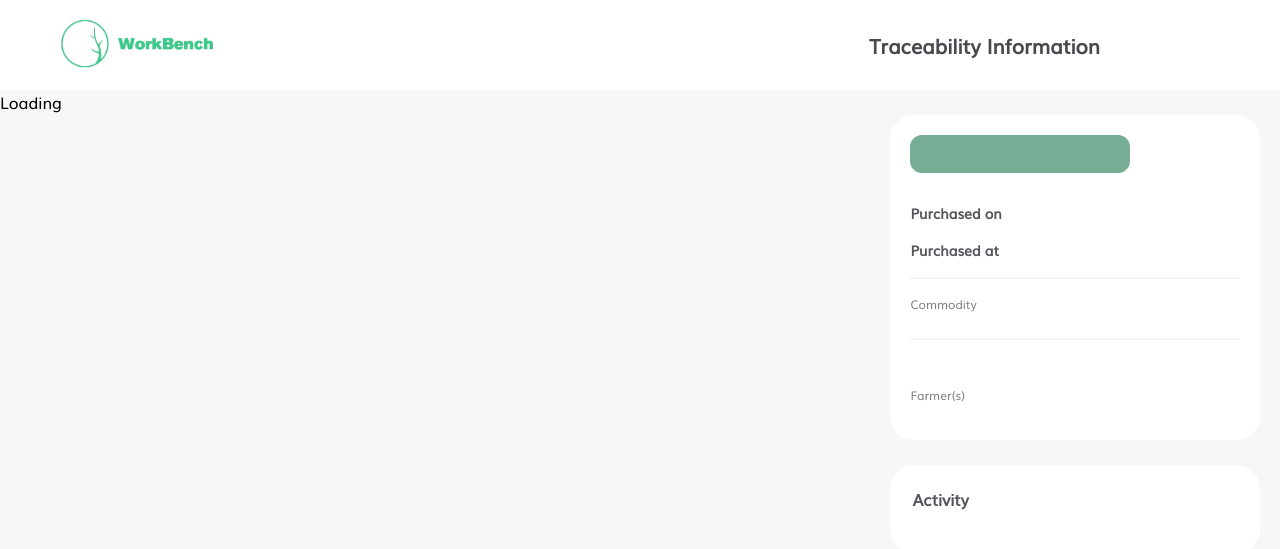
Repository: Hamezry/Traceability-Page
Page: /
The author's editor kept a copy of each file at every save. The page is drawn from the files as they stood at one save, then again after the next save.
The browser window is 1280 px wide. The pictures show the whole page.
The page's requests for data from a server got no answer. The project was rebuilt for these pictures with package versions that can differ from the ones it lists, and the page was loaded fresh each time. No one was signed in, and anything a server would have sent is missing.

Above is the page before, as saved 2022-09-18 08:39:41.

### public/index.html
<!DOCTYPE html>
<html lang="en">
  <head>
    <meta charset="utf-8" />
    <meta name="viewport" content="width=device-width, initial-scale=1" />
    <meta name="theme-color" content="#000000" />
    <meta
      name="description"
      content="Web site created using create-react-app"
    />
    <link rel="preconnect" href="https://fonts.googleapis.com">
    <link rel="preconnect" href="https://fonts.gstatic.com" crossorigin>
    <!-- <link href="https://fonts.googleapis.com/css2?family=Mulish:wght@300;400;600&display=swap" rel="stylesheet"> -->
    <title>Traceability page</title>
  </head>
  <body>
    <noscript>You need to enable JavaScript to run this app.</noscript>
    <div id="root"></div>

  </body>
</html>

### src/index.css
@tailwind base;
@tailwind components;
@tailwind utilities;

@font-face {
    font-family: 'Muli';
    src: local('Muli'), url("./fonts/Muli-Regular.ttf") format("truetype");
}


@font-face {
    font-family: 'Muli';
    src: url('./fonts/Muli-Regular.ttf') format("truetype");
}

body {
    font-family: 'Muli' !important;
}

### src/App.js
import './index.css';
import Navbar from './components/Navbar';
import Information from './components/Information';
import Sidemap from './components/Sidemap';
import { BrowserRouter, Route, Routes } from 'react-router-dom';

function App() {
  return (
    <BrowserRouter>

      <Routes>

          <Route path='/' element={
            <div>
              <Navbar />
              <div className="lg:flex lg:justify-between w-full  lg:h-[calc(100vh-90px)] lg:overflow-y-hidden bg-[#f8f7f7]">
                <Sidemap />
                <Information />
              </div>

            </div>

          } />

      </Routes>
    </BrowserRouter>
  );
}

export default App;

### src/components/Navbar.js
import React from 'react'
import logo from '../Assets/logo.svg'

const Navbar = () => {
  return (
    <div className='w-full flex justify-center h-[90px] bg-white sticky font-muli  z-30  top-0 lg:items-center lg:justify-between '>

        <img src= {logo} alt='nav-icon' className='h-[80px] w-[188px] lg:ml-[50px]'/>
        <p className='hidden lg:block mr-[230px] xl:mr-[180px] 2xl:mr-[320px] text-[#47494E] font-semibold  text-[20px]'>Traceability Information</p>

    </div>
  )
}

export default Navbar

### src/components/Information.js
import React, { useEffect, useState } from 'react'
import image1 from '../Assets/image-2.png'
import purchased from '../Assets/purchase.svg'
import axios from 'axios'
import { useLocation } from 'react-router-dom'



function Information() {

    const [list, setList] = useState([])
    const search = useLocation().search;
    const qr_code = new URLSearchParams(search).get('qr_code')

    useEffect(() => {
        axios.get(`https://wb3test.afexnigeria.com/WB3/api/v1/traceability/info/${qr_code}`)
            .then(res => {
                setList(res.data.data)
                console.log(res.data)
            }).catch(err => {
                console.log(err)
            })
    }, [qr_code])


    return (
        <div className='lg:h-full  lg:w-[32%] font-muli lg:overflow-y-auto'>

            <div id="TQC" className=" z-10  top-0 flex lg:flex  flex-col px-[20px]">

                <div className="flex-1 flex bg-white lg:w-[100%] lg:mx-auto lg:mt-[25px] flex-col h-[556px] p-[20px] rounded-3xl">

                    {/*TQC */}
                    <div className='mb-4 border-b-2 border-b-gray-100 '>
                        <div className='bg-[#76AD94] text-white text-center py-2 font-semibold text-[16px] max-w-[220px] h-[38px] mb-[30px] rounded-xl'> <p>{list.qr_code}</p></div>
                        <p className='text-[#54565B] text-[14px] mb-4 font-semibold'>Purchased on <span className='font-normal'>{list.purchased_on}</span></p>
                        <p className=' text-[#54565B] text-[14px] mb-4 font-semibold'>Purchased at <span className='font-normal'>{list.purchased_at}</span></p>

                    </div>

                    <div className='mb-4 border-b-2  border-b-gray-100 '>
                        <p className='text-[#7C827D] text-[12px] mb-[25px] '>Commodity</p>
                        <p className='text-[#47494E] text-[14px] mb-4 font-medium '>{list.commodity}</p>

                    </div>

                    <div className='mt-[30px] mb-4'>

                        <p className='text-[#7C827D] text-[12px]'>Farmer(s)</p>

                        {
                            list?.farmers?.map((item, index) => {
                                return (
                                    <div key={index} className='w-[232px] h-[71px] shadow p-3 flex items-center mt-[20px] rounded-xl'>
                                        <img src={image1} alt='profilepic' />
                                        <p className='text-[#47494E] text-[16px] ml-5  font-medium '>{item.first_name} {item.last_name}<br /> <span className='text-[#707673] text-[12px]'>{item.age} years &nbsp; | &nbsp;  {item.gender}</span></p>
                                    </div>
                                )
                            })
                        }



                    </div>


                </div>



            </div>




            <div id="Activity" className=" top-0 flex lg:flex flex-shrink-0 flex-col px-[20px]">

                <div className="flex-1 flex bg-white lg:w-[100%] lg:mx-auto mt-[25px] mb-5 flex-col  h-[900px] p-[22px] rounded-3xl ">

                    <p className='text-[#54565B] mb-5 font-semibold text-[16px]'>Activity</p>

                    {list?.activities?.map((item, index) =>

                        <div key={index} className='flex 2xl:justify-between stroke-amber-50 text-[#7C827D] 2xl:px-5 lg:px-0 text-[11px]'>

                            <div className='flex gap-2 xl:gap-2 md:gap-8'>

                                <div className='flex flex-col items-center'>
                                    <img src={purchased} alt='recp' />
                                    <div className='border border-dotted border-[#7C827D] min-h-[100px] max-h-[120px] w-[1px]'></div>

                                </div>
                                <div className='flex flex-col lg:w-[180px] md:w-[270px] w-[130px]' >
                                    <p className='font-semibold mt-2 lg:text-[13px]'>{item.action} </p>
                                    <span className='text-[#7C827D] text-[9px] mt-2 lg:text-[11px]'>{item.description}</span>
                                </div>



                            </div>
                            <p className='text-[#76AD94] text-[9px] mt-2 xl:text-[10px]'> <span>{item.created}</span> </p>

                        </div>
                    )}






                </div>





            </div>


        </div>);
}

export default Information

### src/components/Sidemap.js
import React from 'react'
import {useJsApiLoader, GoogleMap, Marker} from '@react-google-maps/api';

const center = {lat:48.8584, lng:2.294}

function Sidemap() {

  const { isLoaded } = useJsApiLoader({
    googleMapsApiKey:process.env.REACT_APP_GOOGLE_MAPS_API_KEY,
  });

  if (!isLoaded){
    return <h1>Loading</h1>
  }
  return (

    <div class= "h-[600px] w-full lg:h-[calc(100vh-90px)] lg:w-[68%]">

      <div className='hidden lg:block p-4 lg:p-0 lg:w-full h-[100%]'>
          <GoogleMap
          mapContainerStyle={{width:'100%', height:'100%'}}
          center={center} zoom={15}
          options={{
            zoomControl:false,
            streetViewControl:false,
            mapTypeControl:false,
            fullscreenControl:false,
          }}
          >
            <Marker position={center}/>

          </GoogleMap>
      </div>

      <div className='lg:hidden p-4 lg:p-0 lg:w-full h-[100%]'>
          <GoogleMap
          mapContainerStyle={{width:'100%', height:'100%', borderRadius:'50px'}}
          center={center} zoom={15}
          options={{
            zoomControl:false,
            streetViewControl:false,
            mapTypeControl:false,
            fullscreenControl:false,
          }}
          >
            <Marker position={center}/>

          </GoogleMap>
      </div>


    </div>

  )
}

export default Sidemap

### tailwind.config.js

/** @type {import('tailwindcss').Config} */
module.exports = {
  content: [
    "./src/**/*.{js,jsx,ts,tsx}",
  ],
  theme: {
    extend: {
      fontFamily:{
        'Muli':['Muli', 'san-serif']
      }
    },
  },
  plugins: [],
}

Loaded but not shown: src/index.js (common file)

After the next save:
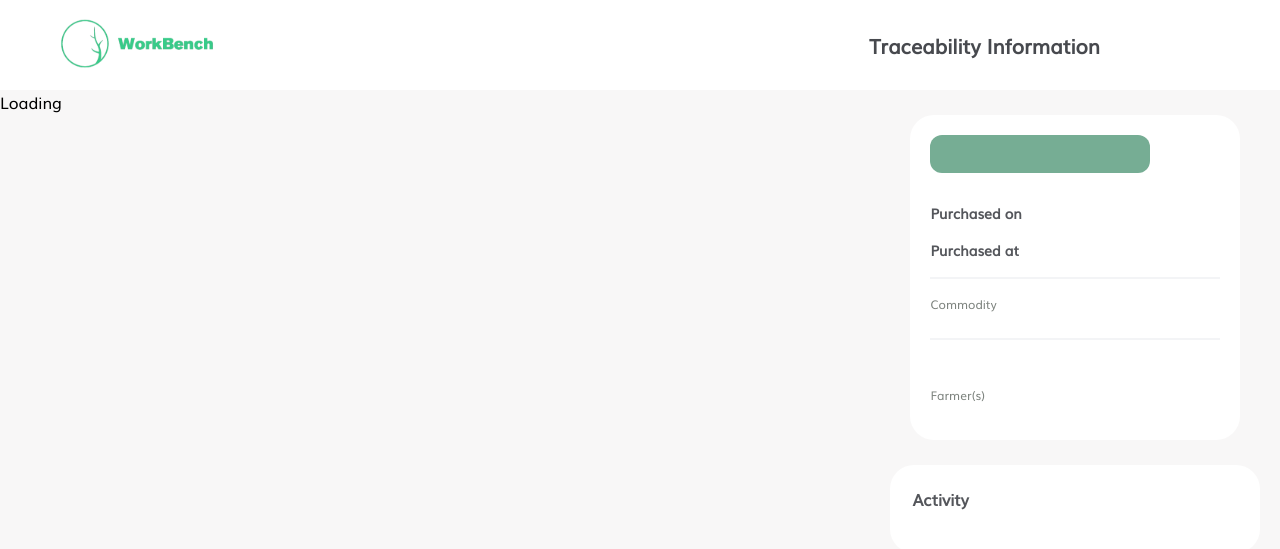
Saved 79 s later.
--- a/src/components/Information.js
+++ b/src/components/Information.js
@@ -26,7 +26,7 @@ function Information() {
     return (
         <div className='lg:h-full  lg:w-[32%] font-muli lg:overflow-y-auto'>
 
-            <div id="TQC" className=" z-10  top-0 flex lg:flex  flex-col px-[20px]">
+            <div id="TQC" className=" z-10  top-0 flex lg:flex  flex-col px-[40px]">
 
                 <div className="flex-1 flex bg-white lg:w-[100%] lg:mx-auto lg:mt-[25px] flex-col h-[556px] p-[20px] rounded-3xl">
 
